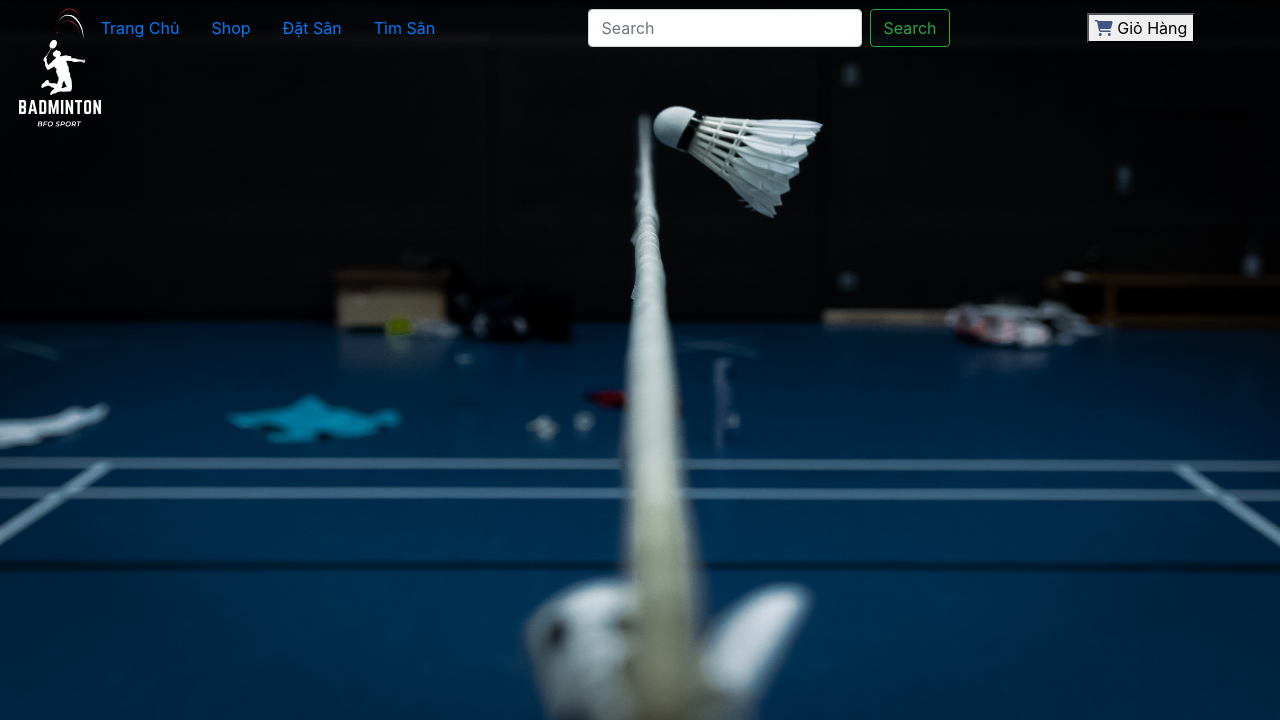
Repository: tsthuy/Badminton
Page: index.html
An editor plug-in stored every save of this project. The page is shown before and after the next save, followed by the edit.
The browser window is 1280 px wide. The pictures show the whole page.
Some web libraries are served in a nearby version.

Above is the page before, as saved 2023-10-13 21:19:51.

After the next save:
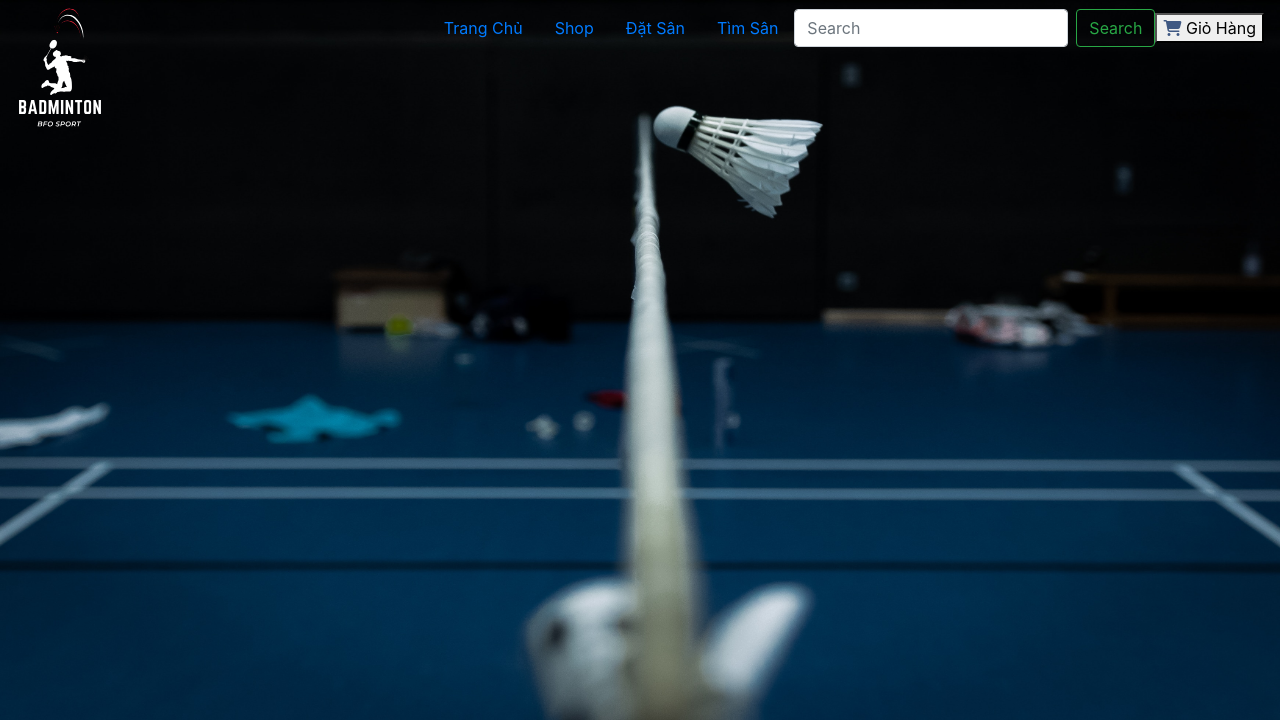
Saved 96 s later.
--- a/main.css
+++ b/main.css
@@ -15,7 +15,7 @@
 .nav_center
 {
     display: flex;
-    justify-content: space-around;
+    justify-content: flex-end;
 }
 .form_header
 {
